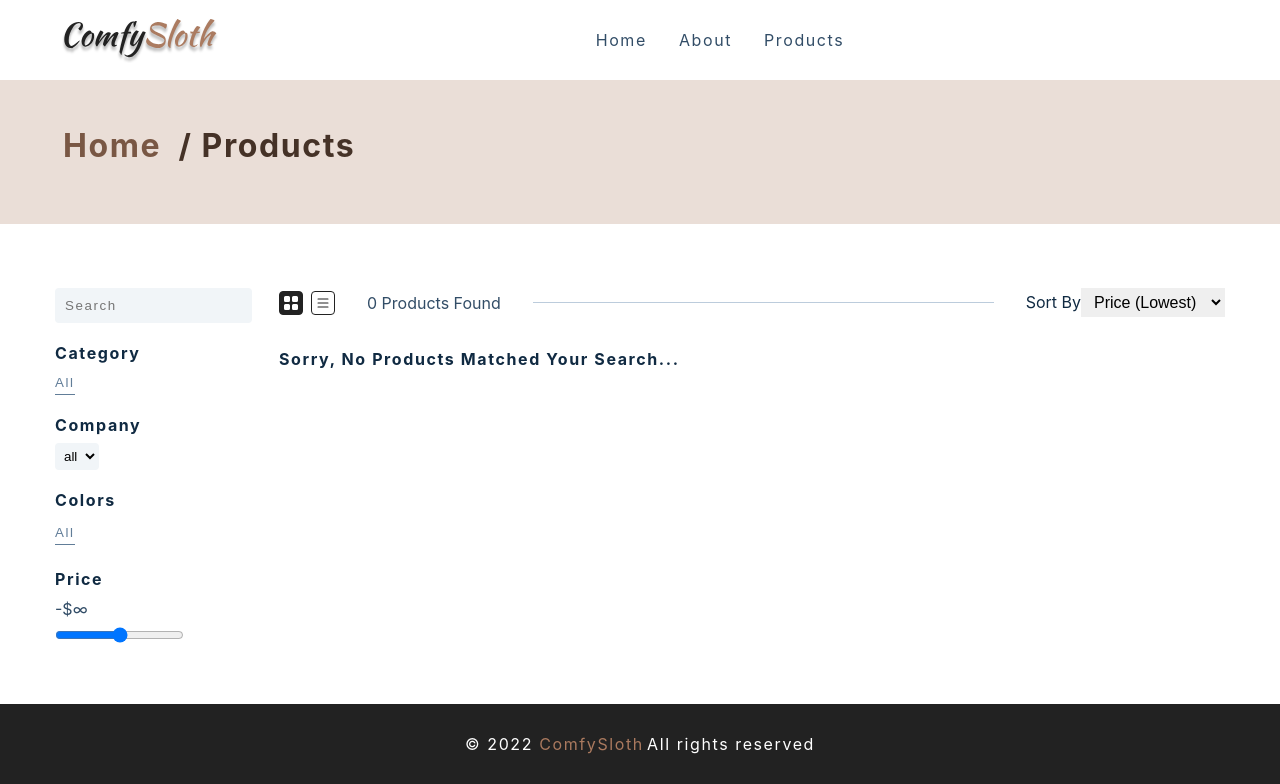
Repository: MateuszWorek/react-comfy-store
Page: /products
These files come from the project's save history. The page is drawn as it stood at one moment and after the next save; the edit follows.
The browser window is 1280 px wide. The pictures show the whole page.
The page's requests for data from a server got no answer. The project was rebuilt for these pictures with package versions that can differ from the ones it lists, and the page was loaded fresh each time. A package was used in the major version that the imports need, not the one package.json lists. No one was signed in, and anything a server would have sent is missing. Also part of the build but not shown: src/components/Error.js, src/components/Loading.js, src/components/Product.js, src/components/FeaturedProducts.js, src/reducers/cart_reducer.js, src/context/cart_context.js, src/context/user_context.js, src/components/Hero.js and 19 more. Imported but missing from the stored project, and not drawn on this page: src/components/AmountButtons.

Above is the page before, as saved 2022-07-18 10:07:47.

After the next save:
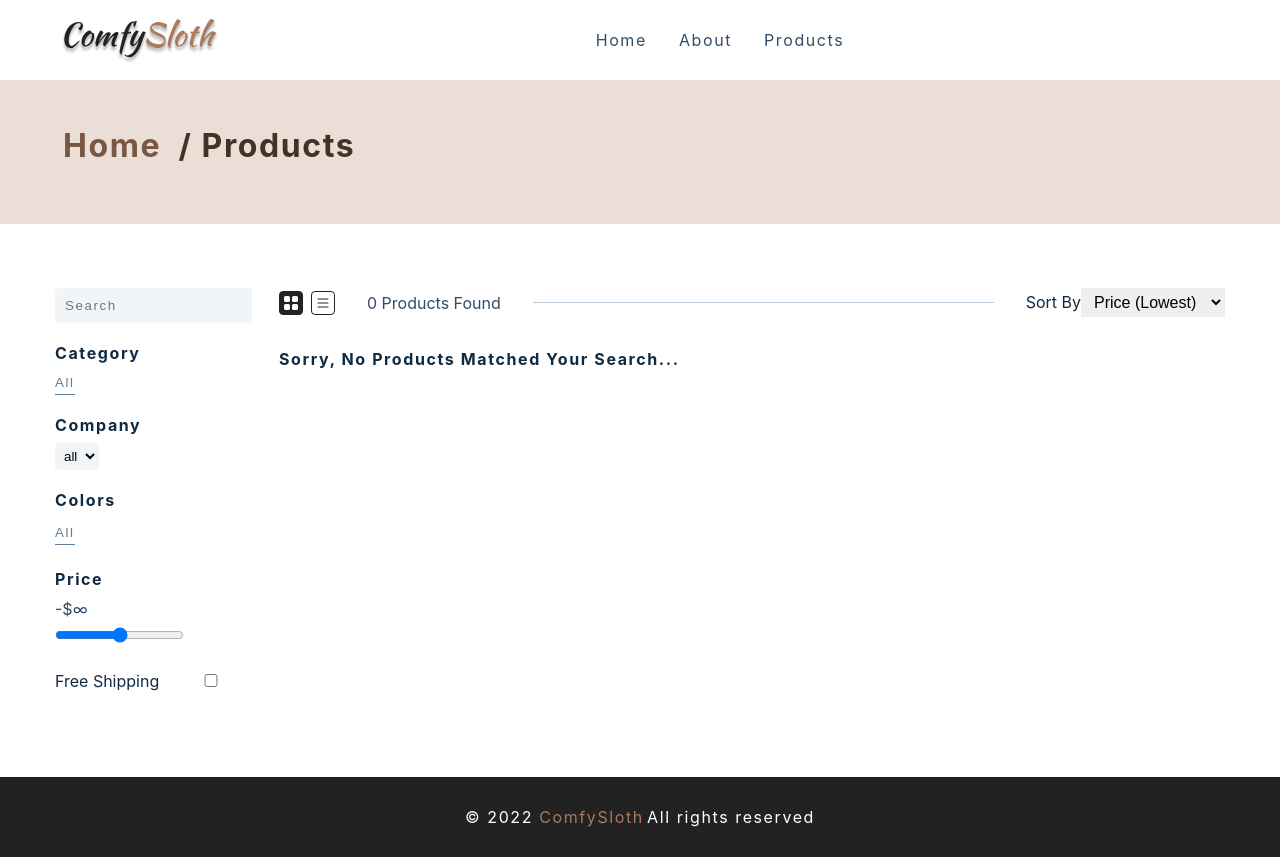
Saved 7 min 5 s later.
--- a/src/components/Filters.js
+++ b/src/components/Filters.js
@@ -137,6 +137,12 @@ const Filters = () => {
             />
           </div>
           {/* end of price */}
+          {/* shipping */}
+          <div className='form-control shipping'>
+            <label htmlFor='shipping'>free shipping</label>
+            <input type='checkbox' name='shipping' id='shipping' />
+          </div>
+          {/* end of shipping */}
         </form>
       </div>
     </Wrapper>
